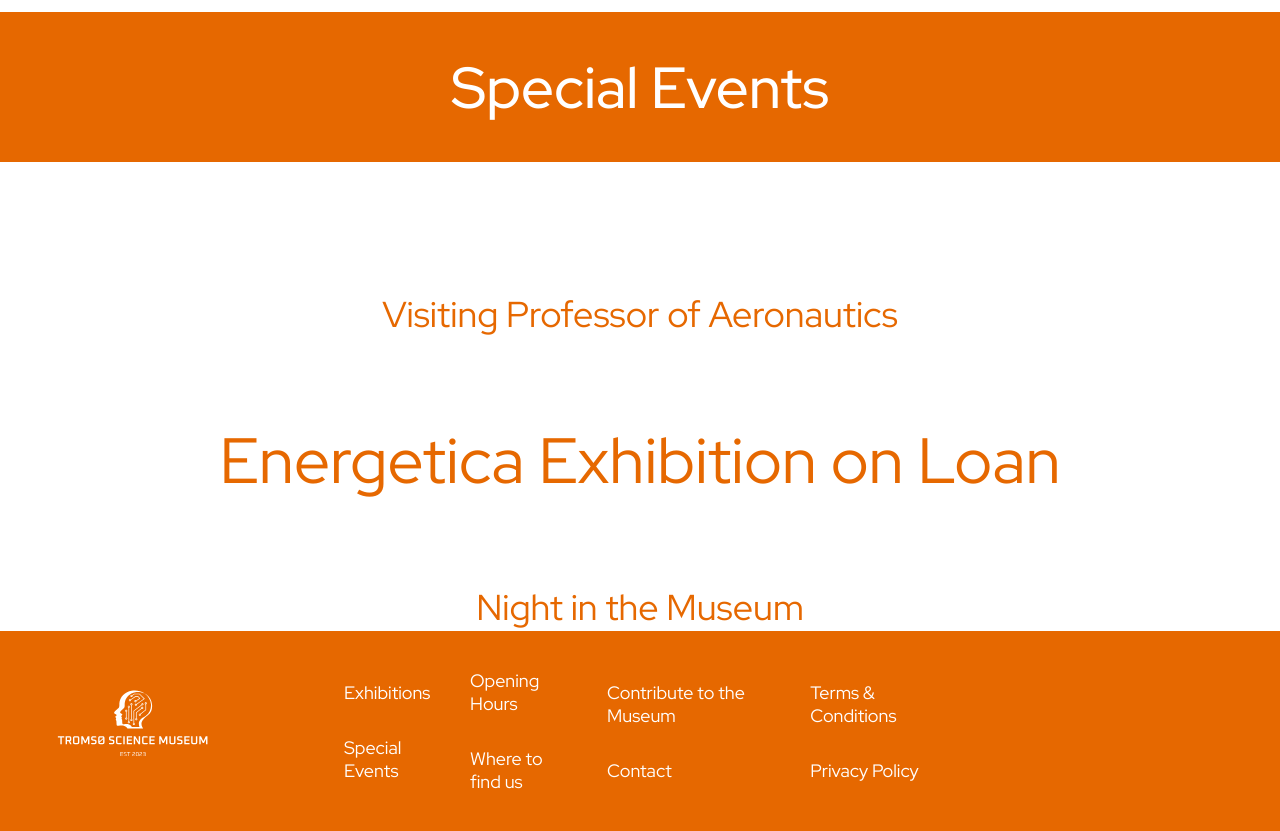
Repository: benjaminskarding/Semester-Project
Page: index.html
The author's editor kept a copy of each file at every save. The page is drawn from the files as they stood at one save, then again after the next save.
The browser window is 1280 px wide. The pictures show the part of the page from y = 5117 to 6028 px (the page is 5948 px tall before and 6028 px after).
A picture or video elsewhere on the page could not be fetched, so the positions and the page height are approximate.

Above is the page before, as saved 2023-12-01 17:09:38.

### index.html
<!DOCTYPE html>
<html lang="en">
<head>
    <meta charset="UTF-8">
    <meta name="viewport" content="width=device-width, initial-scale=1.0">
    <link rel="stylesheet" href="/src/css/index.css">
    <link rel="preconnect" href="https://fonts.googleapis.com">
    <link rel="preconnect" href="https://fonts.gstatic.com" crossorigin>
    <link href="https://fonts.googleapis.com/css2?family=Red+Hat+Display:wght@300;400;500;600;700;800&display=swap" rel="stylesheet">
    <title>Document</title>
</head>
<body>
<div class="landing-section">

    <div class="fullscreen-bg-vid">
        <video loop muted autoplay>
            <source src="assets/videos/30001-0863.mp4" type="video/mp4">
        </video>
    </div>

    <header class="header-collection">
        <div class="header-wrapper">
            <nav class="header-main-nav">
                <div class="header-nav-left-placeholder">
                </div>
                <div class="header-nav-center-logo">
                    <a href="index.html" aria-label="Go to homepage">
                        <img class="logo" src="assets/images/logo/whitelogo.svg" alt="company logo">
                    </a>
                </div>
                <div class="header-nav-right">
                    <label for="menuToggle" class="menu-button" aria-label="Open Menu"> <!--toggles overlay-->
                        <span class="white">MENU</span>
                        <img src="assets/images/icons/helix.svg" class="menuIcon" alt="navigation menu icon">
                    </label>
                </div>
            </nav>
        </div>

        <!--Hamburger overlay-->
        <input type="checkbox" id="menuToggle" class="menu-toggle-checkbox" style="display: none;">
        <div class="hamburger-overlay-homepage" id="menuOverlay" aria-label="Menu overlay">

            <div class="overlay-header">
                <h3 class="medium">Menu</h3>
                <label for="menuToggle" class="overlay-close-btn" aria-label="Close menu">&times;</label>
            </div>

            <div class="overlayOptionsContainer">
                <a href="index.html">
                  <h5 class="menu-item">Home</h5>
                </a>
                <a href="exhibitions.html">
                  <h5 class="menu-item">Exhibitions</h5>
              </a>
                <a href="special_events.html">
                  <h5 class="menu-item">Special Events</h5>
              </a>
                <a href="contribute.html">
                  <h5 class="menu-item">Contribute to the Museum</h5>
              </a>
                <a href="contact.html">
                  <h5 class="menu-item">Contact</h5>
              </a>
                <a href="terms_conditions.html">
                  <h5 class="menu-item">Terms & Conditions</h5>
              </a>
                <a href="privacy_policy.html">
                  <h5 class="menu-item">Privacy Policy</h5>
              </a>
            </div>
            <div class="overlayLogoContainer">
                <img src="assets/images/logo/whitelogo.svg" class="overlayLogo" alt="company logo in hamburger overlay">
            </div>
        </div>
    </header>


    <div class="hero-text">
        <h1><a href=#>CURRENT EXHIBITIONS</a></h1>
        <div class="hero-text-bottom">
            <div class="title">
                <h2 class="specEvent"><a href=#>SPECIAL EVENTS</a></h2>
            </div>
            <div class="additional-links">
                <div class="link-with-line">
                    <a href="contact.html" class="hero-small-link">CONTACT</a>
                    <div class="line"></div>
                </div>
                <div class="link-with-line">
                    <a href="#" class="hero-small-link-two">CONTRIBUTE TO THE MUSEUM</a>
                    <div class="line"></div>
                </div>
            </div>
        </div>
    </div>
</div>
    <div class="title-bar">
        <h3 class="medium">Visit</h3>
    </div>

    <div class="main-grid">
        <div class="left-column">
            <div class="column-text-content">
                <h4 class="medium orange">Admission</h4>
                <h6>The entrance is free for all.</h6>
                <p>There are guided tours of the museum that leave every hour.</p>
                <p>These tours are 70 NOK per person and include a handy printed guide of the museum.</p>
                <p>If you would like to organise a guided tour for your group of 6 or more people, please contact us to arrange the tour.</p>
                <p class="orange bold">Accessibility</p>
                <p>The museum has wheelchair accessibility ramps.</p>
                <p>It also has audio guides and braille display signs for the visually impaired.</p>
            </div>
        </div>
        <div class="center-column">
            <div class="column-text-content">
                <p class="orange bold">Shop</p>
                <p>Our shop offers a range of memorabilia from the museum as well as great gifts and activity packs that allow you to continue to explore science even after you’ve left the museum.</p>
                <p class="orange bold">Food and Drink</p>
                <p>There is a café attached to the museum where you can get light lunches, soft drinks, coffee, snacks and more.</p>
            </div>
        </div>
        <div class="right-sidebar">
            <div class="sidebarSection">
                <h5>Our Location</h5>
                <hr>
                <p>Tromsø Science Museum</p>
                <p>123 Northern Lights Avenue</p>
                <p>Tromsø, Norway</p>
            </div>
            <div class="sidebarSection">
                <h5>Opening Hours</h5>
                <hr>
                <p>Monday: Closed</p>
                <p>Tuesday: 10:00 – 16:00</p>
                <p>Wednesday: 10:00 – 16:00</p>
                <p>Thursday: 10:00 – 16:00</p>
                <p>Friday: 10:00 – 19:00</p>
                <p>Saturday: 9:00 – 16:00</p>
                <p class="lastpar">Sunday: 9:00 – 13:00</p>
            </div>
        </div>

        <div class="image">
            <img src="assets/images/x/cube.jpg">
        </div>
        <div class="mid-right-column">
            <div class="right-column-text-content">
                <h2 class="orange">Explore Together</h2>
                <p class="semibold">Come join us at the Tromsø Science Museum where we’re committed to making science accessible to all.</p>
                <p>Over the course of human history, science has developed from our early understanding of fire, wind, water, and earth to exploring everything from galaxies far away to the very building blocks of life itself.</p>
                <p>The aim of our museum is to create a space where everyone can experience the wonders of our discoveries and perhaps even ignite a lifelong passion to continue the exploration of the world around us.</p>
                <p>We believe science should not be confined to the textbook, but brought to live through exhibits. This is why we have over 1000 different exhibits on the many varied subjects of science to explore.</p>
                <p>Many of these exhibits are designed for you to interact with and play around to see science come to life (apart from the dinosaur exhibits – they only come to life at night when everyone’s gone home).</p>
            </div>
        </div>
    </div>

    <div class="mid-bar"></div>

    <div class="grid2">
        <div class="teach-col">
            <div class="column-text-content">
                <h4 class="medium orange">For Teachers</h4>
                <p class="semibold">As a community-driven museum, we want to work with schools to create places of learning and exploring.</p>
                <p>Our team are on hand to give your students guided tours of the museum, teach them in our learning laboratory, and provide great video presentations that will excite and inspire them.</p>
                <p>Please get in touch with us here to find out more about our facilities and to arrange a time to bring your students through for a visit.</p>
            </div>
        </div>

        <div class="low-mid-right-column">
            <div class="right-column-text-content">
                <h4 class="medium orange">For Kids</h4>
                <p class="semibold">Are you a young person looking to learn more about science? Come on down to our museum, there’s plenty to see and do.</p>
                <p>You can learn about Newtonian physics from our bumper swing, or why not travel back in time and meet our resident Woolly Mammoth? Our exhibits are designed to be accessible for interested minds, so make sure you come ready to learn and explore.</p>
                <p>We also have the Young Stars club which meets once a week on a Saturday between 10:00 and 13:00 where you’ll get to explore and experiment with our team of experts.</p>
                <p class="lastpar">During the school holidays we run special holiday clubs where you can join other children your age to go on a journey of discovery. Each holiday we pick a new theme to explore. To find out more about the holiday club and how you can join, send us a message.</p>
                <h4 class="medium orange">Researchers</h4>
                <p class="semibold">Are you looking to get involved with our team of researchers and academics?</p>
                <p>Our museum offers various ways for you to use our resources and contribute towards them. We have online records, laboratory space, and a working relationship with a number of universities around the country.</p>
            </div>
        </div>

        <div class="left-sidebar">
            <div class="sidebarSection">
                <h5>Special Events</h5>
                <hr>
                <p>Visiting Professor of Aeronautics</p>
                <p>Night in the Museum</p>
                <p>Energetica Exhibition on Loan</p>
            </div>
            <div class="sidebarSection">
                <h5>Current Exhibitions</h5>
                <hr>
                <p>Cosmology</p>
                <p>Evolution</p>
                <p>Biology & Medicine</p>
                <p>Ecology</p>
                <p>Robotics & AI</p>
            </div>
        </div>
    </div>

    <div class="title-bar title-bar-right">
        <h3 class="medium">Exhibitions</h3>
    </div>


    <div class="grid3">
        <div class="imageCarousel image">
            <img src="assets/images/x/spaceman.jpg">
        </div>
        <div class="carouselDescription">
            <div class="column-text-content">
                <h5 class="orange">Discover the Cosmos</h5>
                <p class="semibold">Embark on a celestial journey at the Tromsø Science Museum's space exhibit.</p>
                <p>Dive into the history of space exploration, from the earliest dreams of flying to the moon, to the latest discoveries in the vast expanse of our universe.</p>
            </div>
        </div>
        <div class="exhibText">
            <div class="right-column-text-content">
                <h4 class="medium orange">Engage, Learn and Interact</h4>
                <p class="semibold">The Tromsø Science Museum is not just a building; it's a celebration of human curiosity and the relentless pursuit of knowledge.</p>
                <p>As a beacon of discovery, our exhibitions are thoughtfully designed to inspire awe, stimulate intellect, and provoke conversation.</p>
                <p>From the enigmatic depths of outer space to the microscopic intricacies of biology, each exhibit serves as a window to the vast and varied tapestry of the universe.</p>
                <a href="#" class="exhibButton medium">Tour All Exhibitions</a>
            </div>
        </div>
    </div>

    <div class="title-bar">
        <h3 class="medium">Contribute</h3>
    </div>

    <div class="grid4">
        <div class="suppMuseum">
            <div class="column-text-content">
                <h4 class="medium orange">Support the Museum</h4>
                <p class="semibold">Tromsø Science Museum is not just a space, it's a vibrant hub for exploration and learning, a testament to the power of community involvement.</p>
                <p>While our contributions page provides detailed ways you can join in our efforts, here we invite you to consider the unique impact that your support can create.</p>
            </div>
            <div class="navStuff">
                <div class="buttonWrapper">
                    <a href="#" class="navButtonSmall medium">Internship</a>
                    <img src="assets/images/icons/longArrow.svg" alt="Right Arrow" class="arrowIcon">
                </div>
                <div class="buttonWrapper">
                    <a href="#" class="navButtonSmall medium">Make a Gift</a>
                    <img src="assets/images/icons/longArrow.svg" alt="Right Arrow" class="arrowIcon">
                </div>
                <div class="buttonWrapper">
                    <a href="#" class="navButtonSmall medium">Volunteer</a>
                    <img src="assets/images/icons/longArrow.svg" alt="Right Arrow" class="arrowIcon">
                </div>
                <div class="buttonWrapper">
                    <a href="#" class="navButtonSmall medium">Donate</a>
                    <img src="assets/images/icons/longArrow.svg" alt="Right Arrow" class="arrowIcon">
                </div>
            </div>
        </div>

        <div class="supportImage image">
            <img src="assets/images/x/supp.jpg">
        </div>
    </div>

    <div class="title-bar-center">
        <h3 class="medium">Special Events</h3>
    </div>

    <div class="specEvents">
        <div class="specContent">
            <h5 class="orange regular">Visiting Professor of Aeronautics</h5>
            <h2 class="orange regular">Energetica Exhibition on Loan</h2>
            <h5 class="orange regular">Night in the Museum</h5>
        </div>
    </div>

    <footer id=desktop-footer class="footer">
        <div class="footer-container">
              <!--footer left side-->
            <div class="footer-left-container">
              <a href="index.html"  aria-label="Back to homepage">
                <img src="assets/images/logo/whitelogo.svg" class="footer-logo" alt="company logo in footer">
              </a>
            </div>
            <!--footer center-->
            <div class="footer-center-container">
              <div class="footer-column-1">
                <p class="footer-titles">Exhibitions</p>
                <p class="footer-titles">Special Events</p>
              </div>
              <div class="footer-column-2">
                <p class="footer-titles">Opening Hours</p>
                <p class="footer-titles">Where to find us</p>
              </div>
              <div class="footer-column-3">
                <p class="footer-titles">Contribute to the Museum</p>
                <p class="footer-titles">Contact</p>
              </div>
              <div class="footer-column-4">
                <p class="footer-titles">Terms & Conditions</p>
                <p class="footer-titles">Privacy Policy</p>
              </div>
            </div>

            <div class="footer-right-container-placeholder"></div>
        </div>
      </footer>

</body>
</html>

### src/css/index.css
@import url(common.css);
@import url(_reset.css);
@import url(_variables.css);

/* variables specific to this page */

h1 {
    position: relative;
}

h1:hover {
    color: var(--color-secondary)
}


/* Header landing page specific */

.header-collection {
    background: none;
}

/* Hamburger overlay specific to this page */

.hamburger-overlay-homepage {
    position: fixed;
    top: 20rem;
    right: 0;
    height: 100%;
    width: 33%;
    background-color: var(--color-secondary);
    transform: translateX(100%);
    transition: transform 0.3s;
    display: flex;
    flex-direction: column;
    justify-content: flex-start;
    visibility: hidden;
    z-index: 1000;
}

.menu-toggle-checkbox:checked ~ .hamburger-overlay-homepage {
    transform: translateX(0);
    visibility: visible;
}

/* Landing section viewport container */

.landing-section {
    height: 100vh;
}

/*Background video */

.fullscreen-bg-vid {
    position: absolute;
    top: 0;
    left: 0;
    z-index: -1;
    overflow: hidden;
}


.fullscreen-bg-vid video {
    width: 100vw;
    height: 100vh;
    object-fit: cover;
}


/* Hero text*/

.hero-text {
    position: absolute;
    display: flex;
    flex-direction: column;
    bottom: 0;
    left:0;
    margin-left: 3rem;
    margin-bottom: 3rem;
    font-family: var(--font-primary);
    color: white;
    font-size: 3rem;
}

.hero-text-bottom {
    display: flex;
    align-items: center;
}

.additional-links {
    display: flex;
    flex-direction: column;
    margin-left: 1rem;
    gap: 1rem;
    font-size: 1.25rem;
    width: 50%;
}

.title {
    width: 56%;
    border: 4px solid var(--color-secondary);
    border-radius: 2rem;
    padding: 1rem;
}


.link-with-line {
    display: flex;
    align-items: center;
}

.line {
    display: flex;
    margin-left: 1rem;
    top: 50%;
    width: 100%;
    border-top: 2px solid white;
    transform: translateY(-50%);
}

.hero-small-link, .hero-small-link-two {
    z-index: 1;
    white-space: nowrap;
}

.hero-small-link:hover + .line,
.hero-small-link-two:hover + .line {
    border-top-color: var(--color-secondary);
}


/* END OF INITIAL VIEWPORT */

/* Main content */

.main-grid {
    display: grid;
    margin-top: 0;
    grid-gap: 2rem;
    grid-template-columns: 1fr 1fr 33%;
    grid-template-rows: auto;
    grid-template-areas:
    "left-column center-column right-sidebar"
    "image image mid-right-column"
    "mid-bar mid-bar mid-bar";
}

.left-column    { grid-area: left-column}
.center-column    { grid-area: center-column}
.right-sidebar    { grid-area: right-sidebar}
.image { grid-area: image}
.mid-right-column { grid-area: mid-right-column }
.mid-bar { grid-area: mid-bar}


/*Separating bars */

.title-bar {
    display: grid;
    grid-gap: 2rem;
    grid-template-columns: 1fr 1fr 33%;
    grid-template-rows: auto;
    align-items: center;
    height: 150px;
    width: 100%;
    background-color: var(--color-secondary);
}

.title-bar h3 {
    margin-left: 3rem;
}

.title-bar-right .medium {
    grid-column: 3;
    margin-left: 0rem;
}

.title-bar-center .medium {
    display: flex;
    justify-content: center;
    align-items: center;
    height: 150px;
    width: 100%;
    background-color: var(--color-secondary);
}

.mid-bar {
    display: flex;
    height: 82px;
    width: 100%;
    background-color: var(--color-secondary);
}

/* Visit Section Main Content */

.left-column, .right-sidebar, .center-column, .left-sidebar {
    display: flex;
    flex-direction: column;
}

.center-column {
    margin-top: 5.3rem;
}

.right-sidebar, .left-sidebar {
    justify-content: space-evenly;
    color:white;
    background-color: var(--color-secondary);
}

.sidebarSection {
    display: flex;
    flex-direction: column;
    align-items: center;
}

.sidebarSection hr {         /* Separator line visual only */
    border: none;
    height: 1px;
    background-color: white;
    margin-bottom: 20px;
    width: 25rem;
}

.column-text-content p,
.column-text-content li,
.column-text-content h4,
.column-text-content h6 {      /* General rule */
    margin-bottom: 1rem;
    margin-top: 1rem;
}


.left-column .column-text-content p,
.left-column .column-text-content li,
.left-column .column-text-content h4,
.left-column .column-text-content h6,
.teach-col .column-text-content p,
.teach-col .column-text-content li,
.teach-col .column-text-content h4,
.teach-col .column-text-content h6 {
    margin-left: 3rem;
}

.right-column-text-content p,
.right-column-text-content h2 {
    margin-left: 0rem;
    margin-right: 3rem;
    margin-top: 1rem;
}

.image img {
    width: 100%;
    display: block;
}

.teach-col .column-text-content h4 {
    margin-top: 0;
}

.teach-col {
    margin-bottom: 0;
}

.grid2 {
    display: grid;
    grid-template-columns: 2fr 33%;
    grid-template-rows: 1fr 2fr;
    grid-gap: 2rem;
    margin-right: 0rem;
    margin-top: 2rem;
    grid-template-areas:
    "teach-col low-mid-right-column"
    "left-sidebar low-mid-right-column";
  }

.teach-col { grid-area: teach-col}
.low-mid-right-column {grid-area: low-mid-right-column}
.left-sidebar {grid-area: left-sidebar}

.grid3 {
    display: grid;
    grid-template-columns: 2fr 1fr 33%;
    grid-template-rows: auto;
    grid-gap: 2rem;
    margin: 2rem 0 2rem 0;
    grid-template-areas:
    "imageCarousel carouselDescription exhibText"
  }

.imageCarousel { grid-area: imageCarousel}
.exhibText {grid-area: exhibText}
.carouselDescription { grid-area: carouselDescription}


.carouselDescription {
    flex-direction: column;
    background-color: #D9D9D9;
}


.carouselDescription p, h5{
    margin: 1rem 1rem 0 1rem;
}

h4 {
    margin-right: 3rem;
}

.exhibButton {
    display: block;
    text-align: center;
    border: 2px solid var(--color-secondary);
    border-radius: 10px;
    padding: 2rem;
    margin: 2rem 3rem 0 0;
    font-size: 3rem;
    color: var(--color-secondary)
}

.grid4 {
    display: grid;
    grid-template-columns: 33% 2fr;
    grid-template-rows: auto;
    grid-gap: 2rem;
    margin: 2rem 0 2rem 2rem;
    grid-template-areas:
    "suppMuseum supportImage"
  }

.suppMuseum { grid-area: suppMuseum}
.supportImage {grid-area: supportImage}

.navStuff {
    display: flex;
    flex-direction: column;
}

.buttonWrapper {
    display: flex;
    align-items: center;
    margin-bottom: 2rem;
}

.navButtonSmall {
    display: block;
    text-align: center;
    border: 2px solid var(--color-secondary);
    border-radius: 10px;
    padding: 1rem;
    margin: 0 1rem 0 0;
    font-size: 1.5rem;
    width: 15rem;
    color: var(--color-secondary)
}

.navButtonSmall img {
    width: auto;
}


.specEvents {
    display: flex;
    flex-direction: column;
    justify-content: center;
    align-items: center;
}

.specContent {
    text-align: center;
    margin-top: 3rem;
}

.specContent h5, h2 {
    margin-top: 5rem;
}

### src/css/_reset.css
*, *:before, *:after {
    box-sizing: inherit;
  }

  body {
    box-sizing: border-box;
    min-height: 100vh;
    margin: 0;
  }

### src/css/_variables.css
:root{
    --color-primary: white;
    --color-secondary: #E66800;

    --font-primary: 'Red Hat Display', sans-serif;
    --font-size: 16px;
    --font-weight-regular: 400;
    --font-weight-medium: 500;
    --font-weight-semibold: 600;
    --font-weight-bold: 700;
}

.medium {
    font-weight: 500
}

.regular {
    font-weight: 400;
}

.semibold {
    font-weight: 600;
}

strong, .bold {
    font-weight: var(--font-weight-bold)
}

body {
    font-family: var(--font-primary)
}

.white {
    color:white;
}

.orange {
    color: var(--color-secondary)
}

.lastpar {
    margin-bottom: 2rem;
}

.nowrap {
    white-space: nowrap;
}

p {
    font-size: 1.125rem;
}

h1,h2,h3,h4 {
    color: var(--color-primary)
}

h1,h2,h3,h4,h5,h6,p {
    font-family: var(--font-primary);
    margin: 0;
    padding: 0;
}

h1 {
    font-size: 6rem; /* 96px */
}

h2 {
    font-size: 4rem; /* 64px */
    font-weight: var(--font-weight-medium);
}

h3 {
    font-size: 3.625rem;  /* 58px */
}

h4 {
    font-size: 3rem; /* 48px*/
}

h5 {
    font-size: 2.25rem; /*36px*/
    font-weight: var(--font-weight-medium)
}

h6 {
    font-size: 1.375rem; /*22px*/
    font-weight: var(--font-weight-medium);
}

Loaded but not shown: src/css/common.css (228 lines, source omitted)

After the next save:
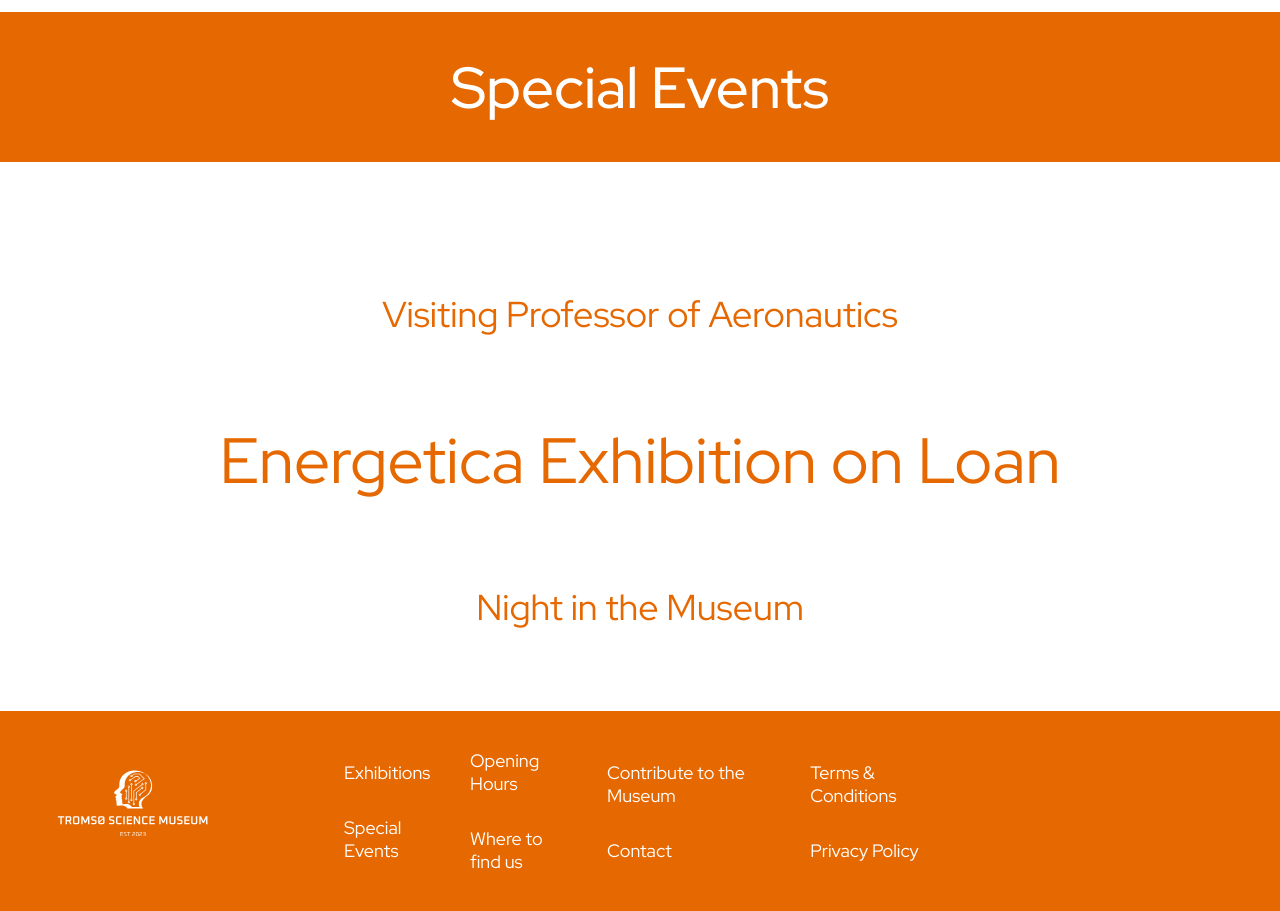
Saved 13 s later.
--- a/src/css/index.css
+++ b/src/css/index.css
@@ -363,6 +363,7 @@ h4 {
     flex-direction: column;
     justify-content: center;
     align-items: center;
+    margin-bottom: 5rem;
 }
 
 .specContent {
